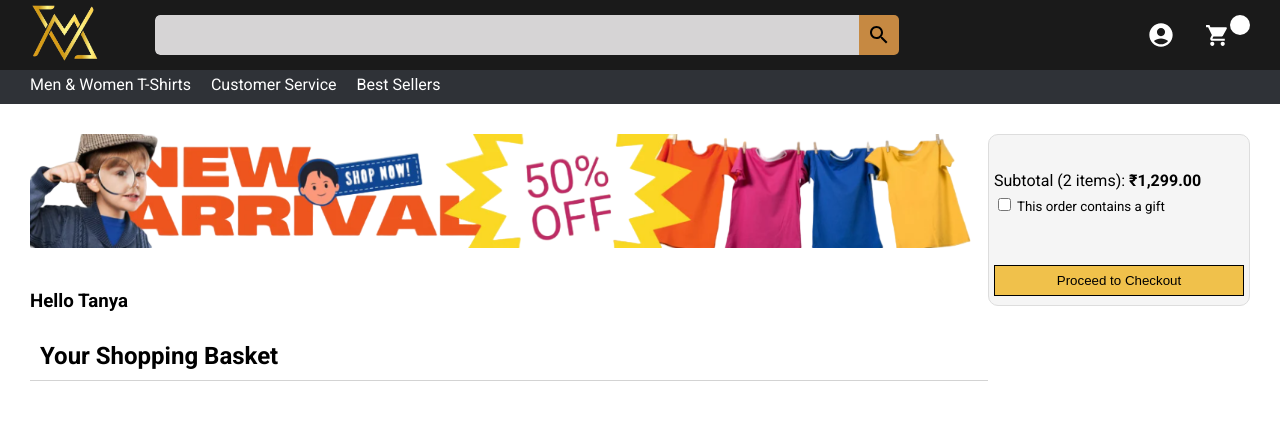
Repository: RiwanshiSoni/MatraVastra
Page: /cart
These files come from the project's save history. The page is drawn as it stood at one moment and after the next save; the edit follows.
The browser window is 1280 px wide. The pictures show the whole page.
The page's requests for data from a server got no answer. The project was rebuilt for these pictures with package versions that can differ from the ones it lists, and the page was loaded fresh each time. No one was signed in, and anything a server would have sent is missing. Also part of the build but not shown: vite.config.js, src/Product.jsx, src/Login.jsx, src/Slider.jsx, src/SignUp.jsx, src/css/banner.css, src/Banner.jsx.

Above is the page before, as saved 2024-08-30 21:13:57.

### index.html
<!doctype html>
<html lang="en">
  <head>
    <meta charset="UTF-8" />
    <link rel="icon" type="image" href="./logo004.jpg" />
    <meta name="viewport" content="width=device-width, initial-scale=1.0" />
    <meta name="theme-color" content="#000000"/>
    <meta name="description" content="Web site created using create-react-app"  />

    <title>MatraVastra</title>
  </head>
  <body>
    <div id="root"></div>
    <script type="module" src="/src/main.jsx"></script>
  </body>
</html>

### src/main.jsx
import { StrictMode } from 'react'
import { createRoot } from 'react-dom/client'
import App from './App.jsx'
import './index.css'

createRoot(document.getElementById('root')).render(
  <StrictMode>
    <App />

  </StrictMode>
)

### src/App.jsx
import { BrowserRouter as Router, Routes, Route } from 'react-router-dom';
import Header from "./Header";
import Product from "./Product";
import ShoppingCart from './ShoppingCart';
import SignUp from './SignUp';
import Login from './Login'
import Banner from "./Banner";
import './App.css';
import commerce from './lib/commerce';
import { useEffect, useState } from 'react';
import { Switch } from '@mui/material';


function App() {
  const [productsList, setProductsList] = useState([]);
  const [cart, setCart] = useState(1);


const fetchProducts = async()=>{
  const response = await commerce.products.list()
  setProductsList(response.data)
}
const fetchCart = async()=>{
setCart(await commerce.cart.retrieve())
}


const addToCart = async(productId,  quantity)=>{
  console.log('addTocart Started ')
  const response = await commerce.cart.add(productId, quantity)
  console.log(response);
  // console.log(response.cart);
  setCart(cart+1)
}


useEffect(() => {
  fetchProducts();
  fetchCart();
  // Fetch the cart initially
}, []);

  return (
    <Router>
      <div className='App'>
        <Header cart={cart} />

        <Routes>
          <Route
            exact
            path="/"
            element={
              <>
                <div className='banner'>
                  <Banner />
                </div>
                <Product productsList = {productsList}  addToCart = {addToCart}
                />

              </>
            }
          />
          <Route
            exact
            path='/cart'
            element={<ShoppingCart   cart={cart}  />}
          />
          <Route
            exact
            path='/signup'
            element={<SignUp />}
          />
          {/* <Route
            exact
            path='/login'
            element={<Login />}
          /> */}
        </Routes>
      </div>
    </Router>
  );
}

export default App;

### src/index.css

body{
    margin: 0;
}

/* code{
    font-family: source-code-pro, Menlo, Manaco, Consolas, 'Courier New', monospace;
} */


/* .banner img{
    width: 100%;
} */

### src/Header.jsx
import React from 'react';
import { Link } from 'react-router-dom';
import "./css/Header.css";
import Logo from './logo04.jpg'; // Correct file path
import SearchIcon from '@mui/icons-material/Search';
import ShoppingCartIcon from '@mui/icons-material/ShoppingCart';
import AccountCircleIcon from '@mui/icons-material/AccountCircle';

function Header({cart}) {
  return (
    <>
    <div className="header">
      <div className="header_top">
      <Link to="/">
        <img src={Logo} alt="Logo" className='header__logo' />
      </Link>
      <div className='header__search'>
        <input type="search" name="search" id="searchBar" />
        <SearchIcon className='searchIcon' />
      </div>
      <div className='header__nav'>

        <div className='signup'>
          <Link to="/signup">
            <AccountCircleIcon style={{ fontSize: 28 }} className='signup' />
          </Link>
        </div>
        <div className='header__optionBasket'>
          <Link to="/cart">
            <ShoppingCartIcon style={{ fontSize: 25 }} className='cart' />
            <span>

             {cart.total_items}

            </span>
          </Link>

        </div>

      </div>
      </div>

      <div className='header__bottom'>
        <ul>
          {/* <li>All</li> */}
          {/* <li>Men T-Shirt</li> */}
          {/* <li>Women T-Shirt</li> */}
          {/* <li>Today's Deal</li> */}
          <li>Men & Women T-Shirts</li>
          <li>Customer Service</li>
          <li>Best Sellers</li>
        </ul>
      </div>
    </div>
    </>
  );
}

export default Header;

### src/ShoppingCart.jsx
import React from 'react';
import Leaderboard from "./leaderboard00.png";
import CheckoutProductImg from './p2.png';
import './css/shopping.css';

function ShoppingCart({cart}) {



 // Calculate subtotal
  const calculateSubtotal = () => {
     return cart?.line_items?.reduce((acc, item) => acc + item.price.raw * item.quantity, 0).toFixed(2);
       };





  console.log("Your cart ", cart);    return (
    <div className='checkout'>
      <div className="checkout_left">
        <img src={Leaderboard} className='checkout_ad' alt="Leaderboard Ad" />
        <div>
          <h3 className='h3'>Hello Tanya</h3>
          <h2 className='checkout_title'>Your Shopping Basket</h2>



{


  cart?.line_items?.map(item=>{
    // console.log(cart); // Check the structure of cart before rendering
    // console.log(item)





return   <div className="checkoutProduct"   key={item.id}>
<img src={item.image?.url} className="checkoutProduct_img" alt="Product" />

<div className="checkoutProduct_info">
  <p className='checkoutProduct_title'>{item.name}</p>
  <p className='checkoutProduct_price'>
    <strong>{item.price.formatted_with_symbol} * {item.quantity} = ₹ {(item.price.raw * item.quantity).toFixed(2)}</strong>
  </p>
  <button>Remove From Basket</button>
</div>
</div>
  })
}


          {/* <div className="checkoutProduct">
            <img src={CheckoutProductImg} className="checkoutProduct_img" alt="Product" />
            <div className="checkoutProduct_info">
              <p className='checkoutProduct_title'>Product Name</p>
              <p className='checkoutProduct_price'>
                <strong>₹600.00 * 1 = ₹ 600</strong>
              </p>
              <button>Remove From Basket</button>
            </div>
          </div> */}

        </div>
      </div>
      <div className="checkout_right">
        <div className="subtotal">
          <p  className='p'>Subtotal (2 items): <strong>₹1,299.00</strong></p>
          <small className="subtotal_gift">
            <input type="checkbox"/> This order contains a gift
          </small>

        <div className="subtotalButton">
          <button className='proceedToCheckOutButton'>Proceed to Checkout</button>
          </div>
        </div>
      </div>
    </div>
  );
}

export default ShoppingCart;


// ***************************************************************





// import React from 'react';
// import Leaderboard from "./leaderboard00.png";
// import './css/shopping.css';

// function ShoppingCart({cart}) {

//   // Calculate subtotal
//   const calculateSubtotal = () => {
//     return cart?.line_items?.reduce((acc, item) => acc + item.price.raw * item.quantity, 0).toFixed(2);
//   };

//   return (
//     <div className='checkout'>
//       <div className="checkout_left">
//         <img src={Leaderboard} className='checkout_ad' alt="Leaderboard Ad" />
//         <div>
//           <h3 className='h3'>Hello Tanya</h3>
//           <h2 className='checkout_title'>Your Shopping Basket</h2>

//           {/* Rendering the list of products in the cart */}
//           {cart?.line_items?.map(item => (
//             <div className="checkoutProduct" key={item.id}>
//               <img src={item.media.source} className="checkoutProduct_img" alt="Product" />
//               <div className="checkoutProduct_info">
//                 <p className='checkoutProduct_title'>{item.name}</p>
//                 <p className='checkoutProduct_price'>
//                   <strong>{item.price.formatted_with_symbol} x {item.quantity} = ₹{(item.price.raw * item.quantity).toFixed(2)}</strong>
//                 </p>
//                 <button>Remove From Basket</button>
//               </div>
//             </div>
//           ))}
//         </div>
//       </div>
//       <div className="checkout_right">
//         <div className="subtotal">
//           <p className='p'>
//             Subtotal ({cart?.total_items || 0} items):
//             <strong> ₹{calculateSubtotal()}</strong>
//           </p>
//           <small className="subtotal_gift">
//             <input type="checkbox" /> This order contains a gift
//           </small>
//           <div className="subtotalButton">
//             <button className='proceedToCheckOutButton'>Proceed to Checkout</button>
//           </div>
//         </div>
//       </div>
//     </div>
//   );
// }

// export default ShoppingCart;



// ***********************************************************************


// import React from 'react';
// import Leaderboard from "./leaderboard00.png";
// import './css/shopping.css';

// function ShoppingCart({ cart }) {

//   // Calculate subtotal
//   const calculateSubtotal = () => {
//     return cart?.line_items?.reduce((acc, item) => acc + item.price.raw * item.quantity, 0).toFixed(2);
//   };

//   return (
//     <div className='checkout'>
//       <div className="checkout_left">
//         <img src={Leaderboard} className='checkout_ad' alt="Leaderboard Ad" />
//         <div>
//           <h3 className='h3'>Hello Tanya</h3>
//           <h2 className='checkout_title'>Your Shopping Basket</h2>

//           {/* Rendering the list of products in the cart */}
//           {cart?.line_items?.map(item => (
//             <div className="checkoutProduct" key={item.id}>
//               <img src={item.media.source} className="checkoutProduct_img" alt="Product" />
//               <div className="checkoutProduct_info">
//                 <p className='checkoutProduct_title'>{item.name}</p>
//                 <p className='checkoutProduct_price'>
//                   <strong>{item.price.formatted_with_symbol} x {item.quantity} = ₹{(item.price.raw * item.quantity).toFixed(2)}</strong>
//                 </p>
//                 <button>Remove From Basket</button>
//               </div>
//             </div>
//           ))}

//         </div>
//       </div>
//       <div className="checkout_right">
//         <div className="subtotal">
//           <p className='p'>
//             Subtotal ({cart?.total_items || 0} items):
//             <strong> ₹{calculateSubtotal()}</strong>
//           </p>
//           <small className="subtotal_gift">
//             <input type="checkbox" /> This order contains a gift
//           </small>
//           <div className="subtotalButton">
//             <button className='proceedToCheckOutButton'>Proceed to Checkout</button>
//           </div>
//         </div>
//       </div>
//     </div>
//   );
// }

// export default ShoppingCart;

### src/App.css
/* *{
  margin: 0;
} */

/* #root {
  max-width: 1280px;
  margin: 0 auto;
  padding: 2rem;
  text-align: center;
} */






/*
.card {
  padding: 2em;
}

.read-the-docs {
  color: #888;
} */


/* App.css */
/* @import "~slick-carousel/slick/slick.css";
@import "~slick-carousel/slick/slick-theme.css"; */


/* In App.css */
@import url('https://fonts.googleapis.com/css2?family=Roboto:wght@400;700&display=swap');

body {
  font-family: 'Roboto', sans-serif;
}

### src/lib/commerce.jsx
import Commerce from "@chec/commerce.js"


const commerce = new Commerce('pk_test_5811890a63baaaa675b19c7f71a919f5edfd2c42fc45a')

export default commerce

### src/css/header.css

.header__logo{
    width: 90px;
    margin-right: 45px;

}
/* .header{
    height: 70px;
    display: flex;
    align-items: center;
    background-color: #1a1a1a;
    position: sticky;
    top: 0;
    z-index: 100;
    padding: 0px 20px ;
} */
.header_top{
    height: 70px;
    display: flex;
    align-items: center;
    background-color: #1a1a1a;
    position: sticky;
    top: 0;
    z-index: 100;
    padding: 0px 20px ;
}

.header__bottom{
    background-color: #2f3237;

}
.header__bottom ul{
    list-style: none;
    padding: 5px 30px 10px 30px;
    margin: 0;
    display: flex;
    align-items: center;
}

.header__bottom ul li{
    margin-right: 20px;
    color: white;
}

.header__search{
    display: flex;
   width: 60%;
    align-items: center;
    border-radius: 5px;
    overflow: hidden;

}
.header__search input{
flex: 1;
height: 35px;
padding: 20px;
border: 0;
outline: 0;
border-radius: 5px 0 0 5px ;
background-color: #d6d4d5;
}

.searchIcon{
    padding: 8px;
    height: 18px;
    background-color: #c68942;
}

.header__nav{
    display: flex;
    align-items: center;
    justify-content: space-between;
    margin-left: auto;
}
/* .header_option1{
font-size: 10px;
color: white;
}
.header_option2{
    display: block;
    color: white;
    font-size: 13px;
    font-weight: 800;
} */

.signup{
display: flex;
margin-left: 10px;
margin-right: 10px;
font-size: 40px;
color: white;

}

.header__optionBasket{
display: flex;
color: white;
margin-left: 10px;
margin-right: 10px;
}


.header__optionBasket a{
color: #fff;
display: flex;
align-items: center;
text-decoration: none;
}
.header__optionBasket a span{
    margin-top: -20px;
    width: 20px;
    height: 20px;
    display: inline-block;
    color: #000;
    border-radius: 50%;
    background-color: #fff;
    text-align: center;
    font-size: 14px;
    font-weight: bold;
}


.header__bottom ul li img{
    width: 250px;
}

.cart{
    color: white;
}

### src/css/product.css
.products_wrap{
    display: grid;
    place-items: center;
    grid-template-columns: auto auto auto auto;
    margin-top: 100px;

}
.products_wrap .product{
    background-color: #fffcfc;
    padding: 10px;
    margin: 0px 5%;
    width: 70%;
    z-index: 1;
text-align: center;
box-shadow: 0px 0px 15px rgba(0, 0, 0, 0.635);
margin-bottom: 30px;
border-radius: 5px;
}

.products_wrap .product img{
max-width: 100%;
height: 300px;
width: 100%;
border-radius: 5px;
object-fit: cover;
object-position: top;
}

.products_wrap .product p{
    color: #cd9042;
    margin: 0px;
    margin-bottom: 10px;
}

.products_wrap .product button{
    background: #cd9042;
    border: 0px;
    outline: 0px;
    cursor: pointer;
    padding: 10px 20px ;
    border-radius: 20px;
    font-weight: bold;
    color: white;
}

body{
    background-color: #ffffff;
}

### src/css/shopping.css

.checkout{
    display: flex;
    padding: 30px;
    /* padding-right: 0px; */

}

.checkout_ad{
width: 100%;
margin-bottom: 20px;


}

.checkout_title{
    padding: 10px;
    border-bottom: 1px solid lightgray;

}

.checkoutProduct{
    display: flex;
    margin-top: 20px;
    margin-bottom: 20px;
    border-bottom: 1px solid #ccc;
    padding-bottom: 20px;
}
.checkoutProduct img{
    width: 180px;
    height: 180px;
    object-fit: contain;
}
.checkoutProduct_info{
    padding-left: 20px;
}
.checkoutProduct_title{
    font-size: 17px;
    font-weight: 800;
}

.checkoutProduct_price{
    margin: 20px 0px ;
}
.checkoutProduct_info button{
    background-color: #f0c14b;
    border: 1px solid;
    padding: 5px 20px ;
    border-radius: 20px;
    cursor: pointer;
}

.checkout_right{
    display: flex;
    flex-direction: column;
    justify-content: space-between;
    width: 300px;
   height: 100px;
   padding: 20px 5px 50px 5px;


   /* margin-left: auto; */
   background-color: hsl(0, 0%, 96%);
   border: 1px solid#ddd;
   border-radius: 10px;
   position: sticky;
   align-items: center;

}

.checkout_right button{
    background-color: #f0c14b;
    border: 1px solid;
    padding: 7px 20px ;

    cursor: pointer;
}


.p{
    margin-bottom: 5px;
}

.subtotalButton{
    margin-top: 50px;
}
.proceedToCheckOutButton{

    width: 250px;

}

/*
.h3{
    margin-top: auto;
margin-bottom: auto;
}

h2{
    margin: auto;
} */

After the next save:
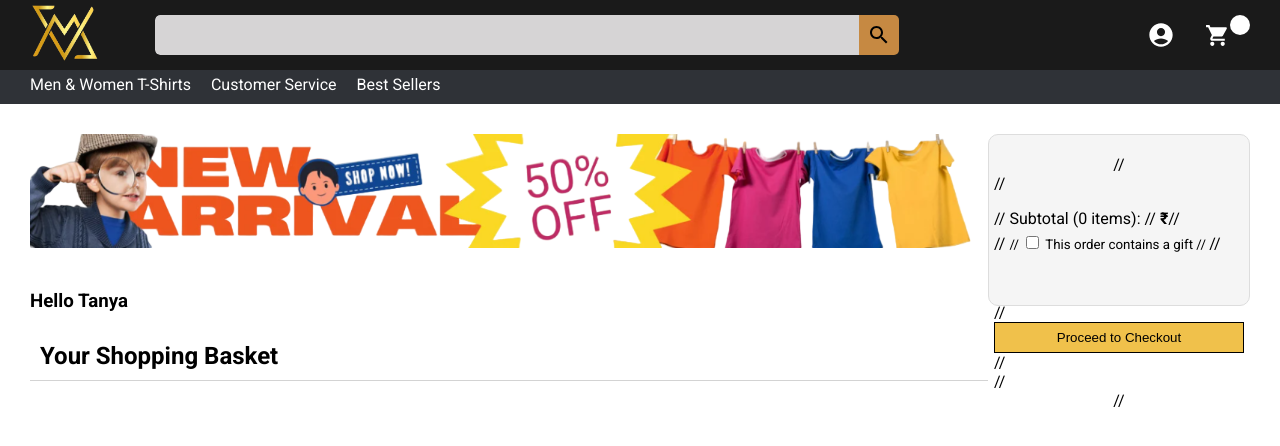
Saved 45 s later.
--- a/src/ShoppingCart.jsx
+++ b/src/ShoppingCart.jsx
@@ -65,7 +65,7 @@
 
         </div>
       </div>
-      <div className="checkout_right">
+      {/* <div className="checkout_right">
         <div className="subtotal">
           <p  className='p'>Subtotal (2 items): <strong>₹1,299.00</strong></p>
           <small className="subtotal_gift">
@@ -76,7 +76,31 @@
           <button className='proceedToCheckOutButton'>Proceed to Checkout</button>
           </div>
         </div>
-      </div>
+      </div> */}
+
+
+
+
+      {/* ******************************************************************* */}
+
+
+
+      <div className="checkout_right">
+//         <div className="subtotal">
+//           <p className='p'>
+//             Subtotal ({cart?.total_items || 0} items):
+//             <strong> ₹{calculateSubtotal()}</strong>
+//           </p>
+//           <small className="subtotal_gift">
+//             <input type="checkbox" /> This order contains a gift
+//           </small>
+//           <div className="subtotalButton">
+//             <button className='proceedToCheckOutButton'>Proceed to Checkout</button>
+//           </div>
+//         </div>
+//       </div>
+
+
     </div>
   );
 }

After the save that followed:
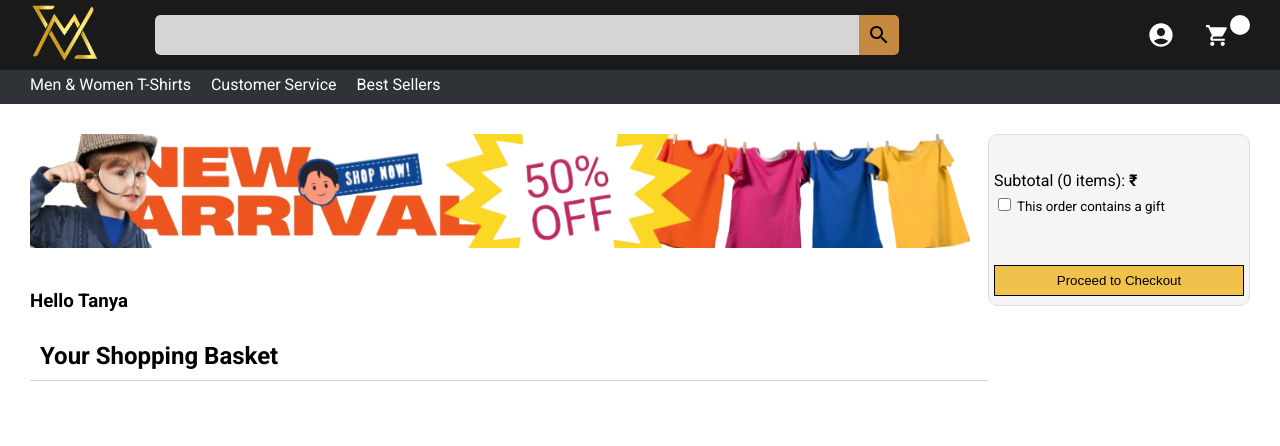
Saved 50 s later.
--- a/src/ShoppingCart.jsx
+++ b/src/ShoppingCart.jsx
@@ -86,19 +86,19 @@
 
 
       <div className="checkout_right">
-//         <div className="subtotal">
-//           <p className='p'>
-//             Subtotal ({cart?.total_items || 0} items):
-//             <strong> ₹{calculateSubtotal()}</strong>
-//           </p>
-//           <small className="subtotal_gift">
-//             <input type="checkbox" /> This order contains a gift
-//           </small>
-//           <div className="subtotalButton">
-//             <button className='proceedToCheckOutButton'>Proceed to Checkout</button>
-//           </div>
-//         </div>
-//       </div>
+     <div className="subtotal">
+       <p className='p'>
+          Subtotal ({cart?.total_items || 0} items):
+           <strong> ₹{calculateSubtotal()}</strong>
+         </p>
+         <small className="subtotal_gift">
+          <input type="checkbox" /> This order contains a gift
+       </small>
+        <div className="subtotalButton">
+           <button className='proceedToCheckOutButton'>Proceed to Checkout</button>
+         </div>
+      </div>
+       </div>
 
 
     </div>
